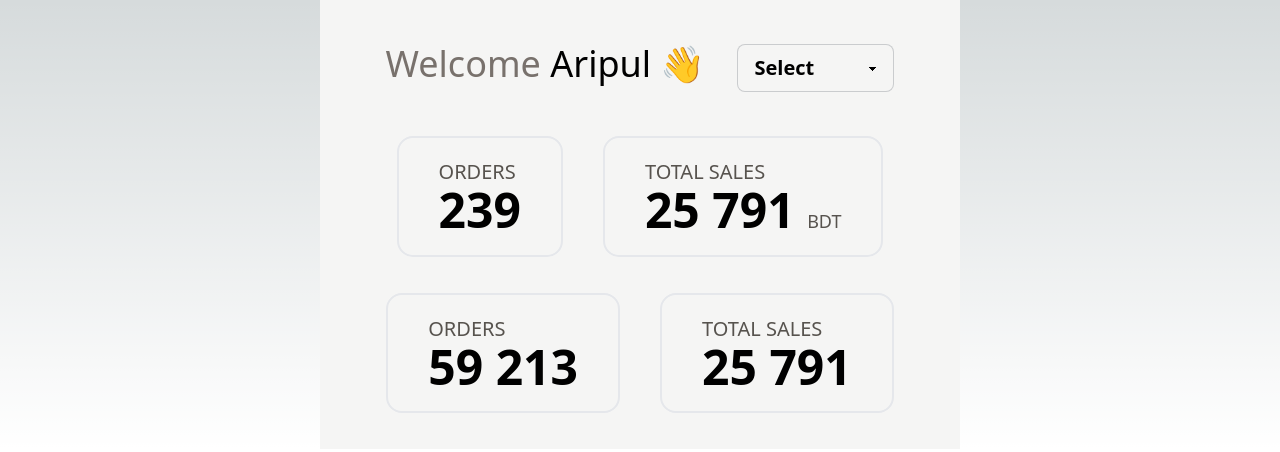
Repository: mehedi9465/nextapp
Page: /Dashboard
These files come from the project's save history. The page is drawn as it stood at one moment and after the next save; the edit follows.
The browser window is 1280 px wide. The pictures show the whole page.
The project was rebuilt for these pictures with package versions that can differ from the ones it lists, and the page was loaded fresh each time. The framework's server and built-in components were replaced by stand-ins that run in the browser. Also part of the build but not shown: next.config.js, Components/Navbar.js.

Above is the page before, as saved 2023-03-04 15:50:54.

After the next save:
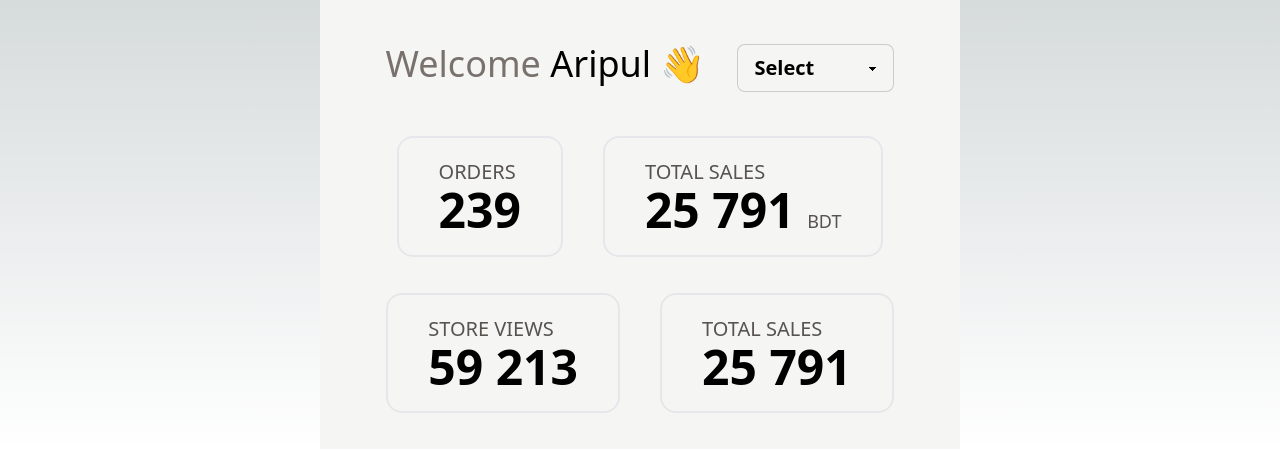
Saved 19 s later.
--- a/pages/Dashboard/index.js
+++ b/pages/Dashboard/index.js
@@ -40,7 +40,7 @@ const index = () => {
         <div className="flex justify-center my-9">
           <div className="border-2 rounded-2xl justify-start mx-5 px-10 py-5">
             <p className="uppercase text-stone-600 font-normal text-xl">
-              Orders
+              Store views
             </p>
             <p className="text-5xl font-bold">59 213</p>
           </div>
